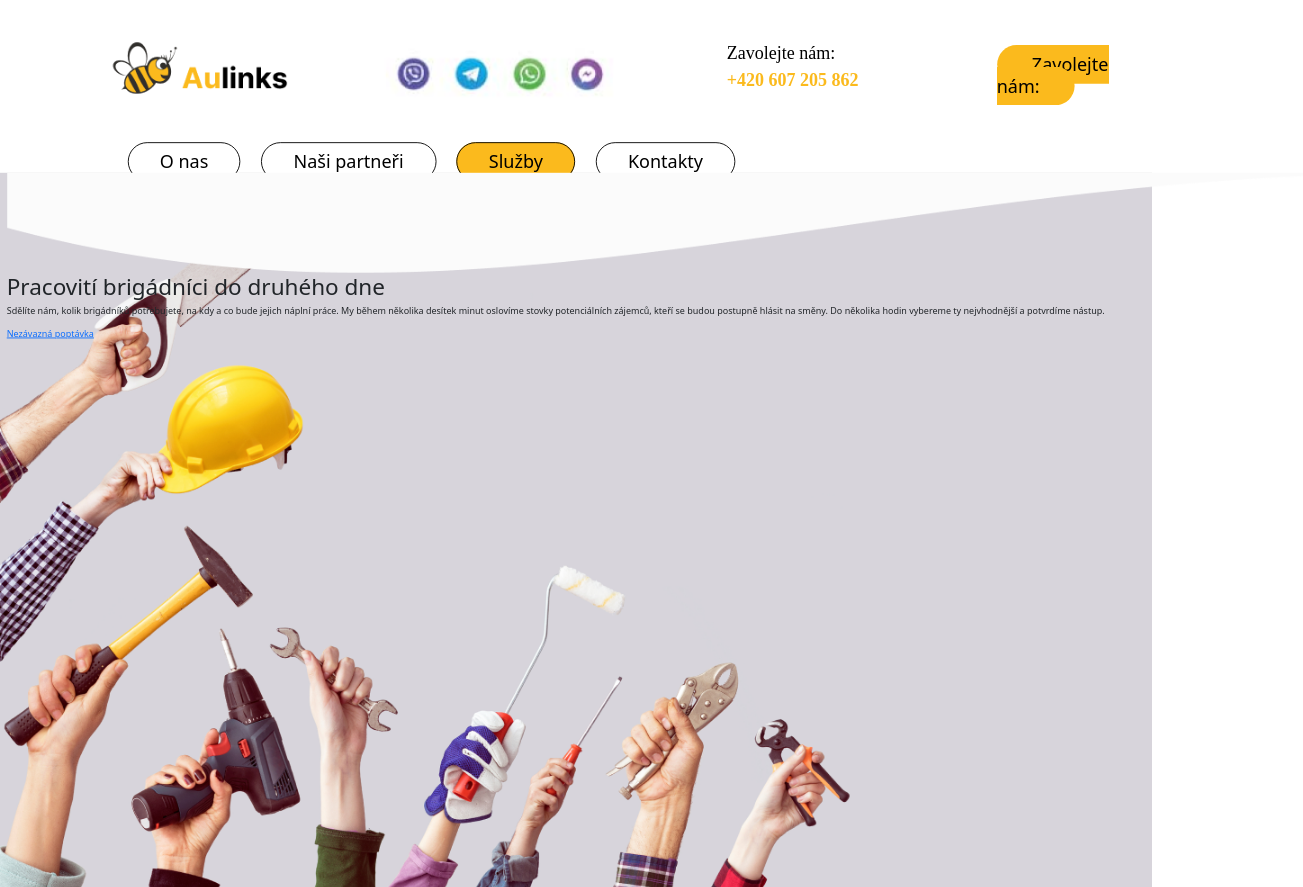
Repository: bilday08/aulinks
Page: index.html
The author's editor kept a copy of each file at every save. The page is drawn from the files as they stood at one save, then again after the next save.
The browser window is 1280 px wide. The page is 1448 px wide, then 1280 px, so the pictures cover 1448 px, including what lies to the right of the window. The pictures show the whole page, at 90% of full size.
Some web fonts or font styles are not loaded; a fallback is used.

Above is the page before, as saved 2022-12-07 01:20:12.

After the next save:
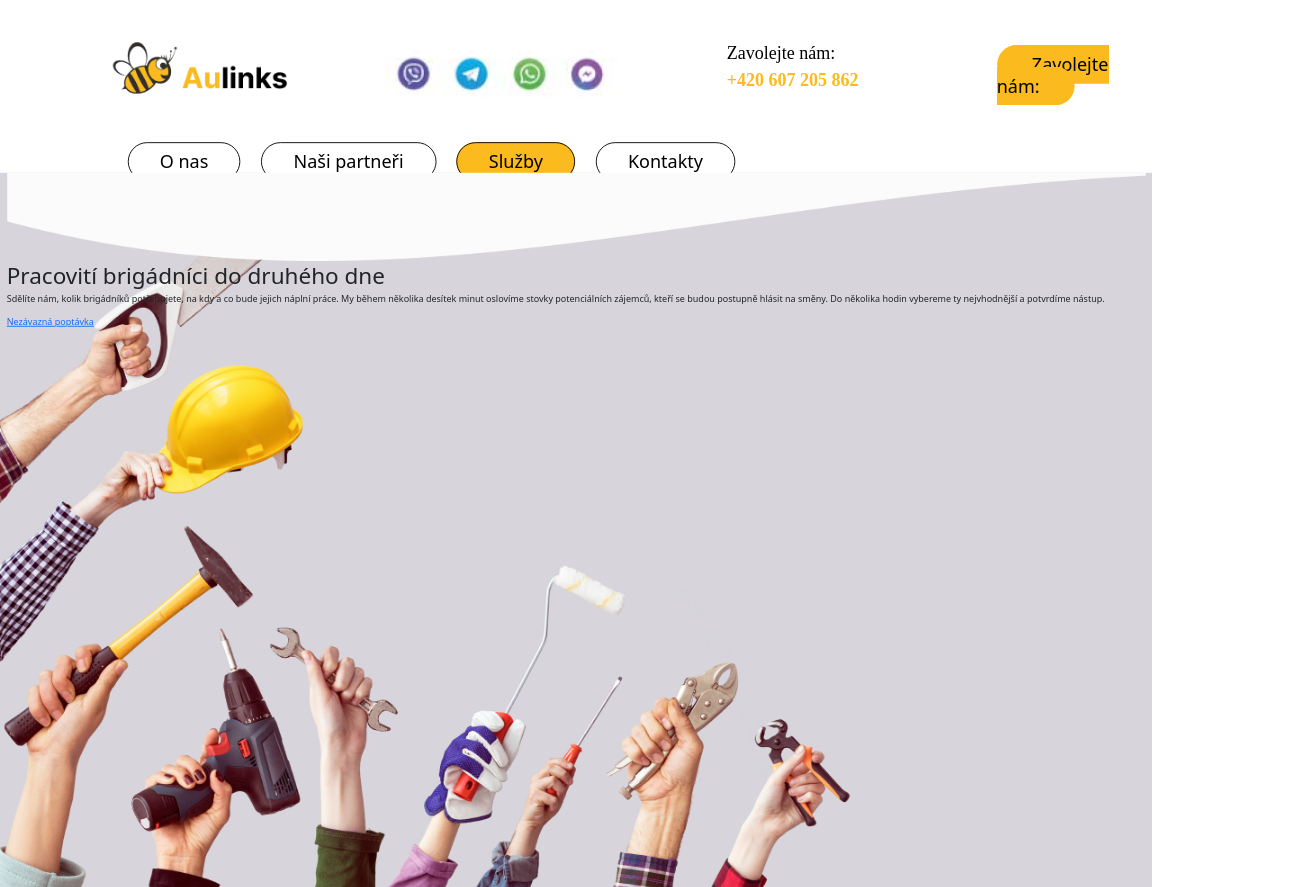
Saved 43 s later.
--- a/style.css
+++ b/style.css
@@ -92,8 +92,8 @@
 .button_name_yellow{
     background-color: #FBBA1D;
 }
-,.main_top_header{
-
+.main_top_header{
+    max-width: 100%;
 }
 .main{
     max-width: 100%;
